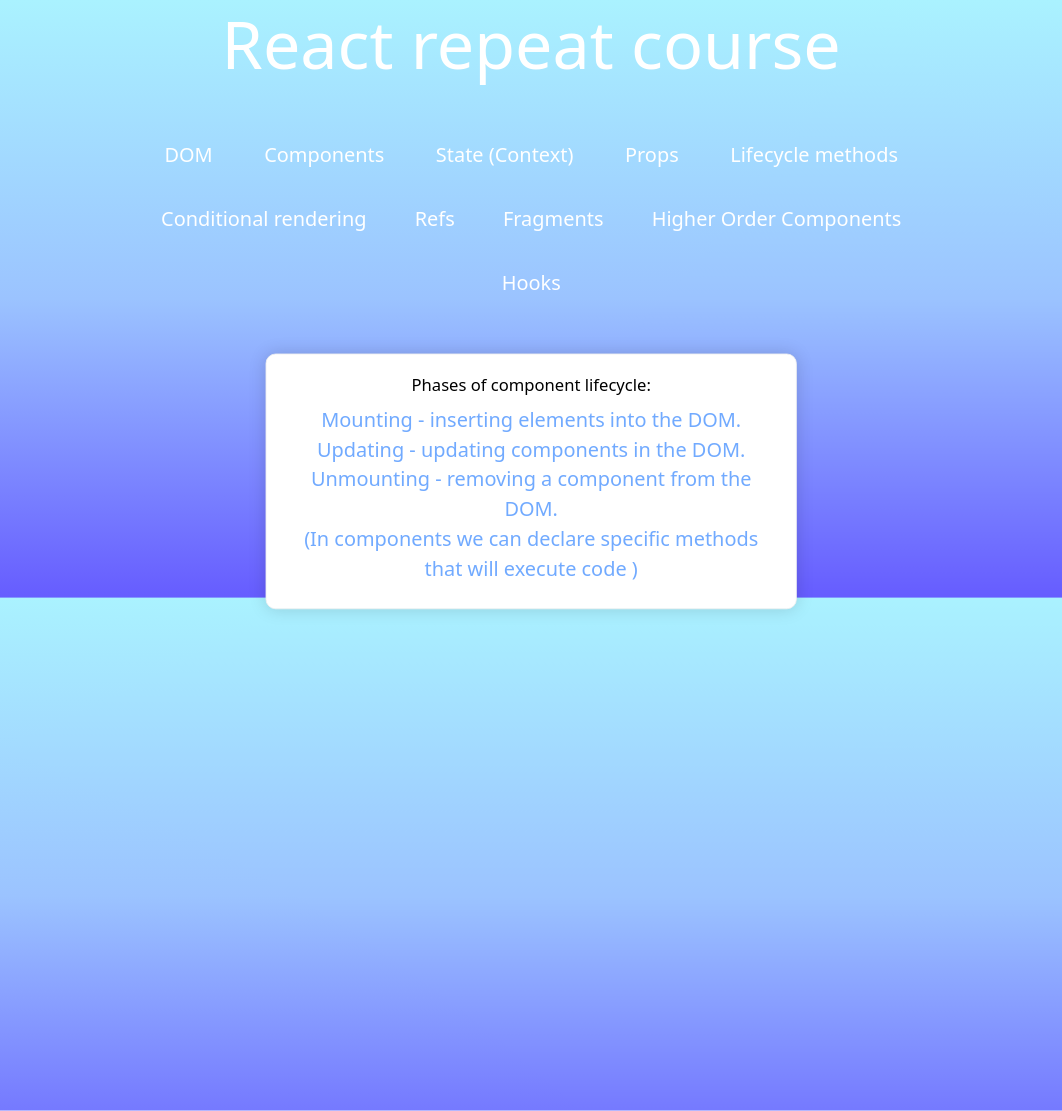
Repository: michalgornicki/github
Page: /#/Lifecycle
An editor plug-in stored every save of this project. The page is shown before and after the next save, followed by the edit.
The browser window is 1280 px wide. The pictures show the whole page, at 83% of full size.
Backgrounds fixed to the window are drawn as part of the page. The project was rebuilt for these pictures with package versions that can differ from the ones it lists, and the page was loaded fresh each time. Also part of the build but not shown: src/components/dom.jsx, src/components/components.jsx, src/components/state.jsx, src/components/props.jsx, src/components/conditional.jsx, src/components/refs.jsx, src/components/fragments.jsx, src/components/hoc.jsx and 1 more.

Above is the page before, as saved 2022-02-07 13:08:14.

### src/App.jsx
import React from "react";
import "./App.css";
import "bootstrap/dist/css/bootstrap.min.css";
import { Route, HashRouter as Router, Routes, Link } from "react-router-dom";
import DOM from "./components/dom.jsx";
import Components from "./components/components.jsx";
import State from "./components/state.jsx";
import Props from "./components/props.jsx";
import Lifecycle from "./components/lifecycle.jsx";
import Conditional from "./components/conditional.jsx";
import Refs from "./components/refs.jsx";
import Fragments from "./components/fragments.jsx";
import HOC from "./components/hoc.jsx";
import Hooks from "./components/hooks.jsx";

const App = () => {
  return (
    <Router>
      <div className="text-center">
        <div className="display-1 mt-1 mb-5 text-white">React repeat course</div>

        <div className="h4 d-flex w-75 m-auto my-5 justify-content-evenly flex-wrap text-white">
          <Link className="link-style m-3" to="/">
            DOM
          </Link>
          <Link className="link-style m-3" to="/Components">
            Components
          </Link>
          <Link className="link-style m-3" to="/State">
            State (Context)
          </Link>
          <Link className="link-style m-3" to="/Props">
            Props
          </Link>
          <Link className="link-style m-3" to="/Lifecycle">
            Lifecycle methods
          </Link>
          <Link className="link-style m-3" to="/Conditional">
            Conditional rendering
          </Link>
          <Link className="link-style m-3" to="/Refs">
            Refs
          </Link>
          <Link className="link-style m-3" to="/Fragments">
            Fragments
          </Link>
          <Link className="link-style m-3" to="/HOC">
            Higher Order Components
          </Link>
          <Link className="link-style m-3" to="/Hooks">
            Hooks
          </Link>
        </div>

        <Routes>
          <Route path="/" element={<DOM />} />
          <Route path="/Components" element={<Components />} />
          <Route path="/State" element={<State />} />
          <Route path="/Props" element={<Props />} />
          <Route path="/Lifecycle" element={<Lifecycle />} />
          <Route path="/Conditional" element={<Conditional />} />
          <Route path="/Refs" element={<Refs />} />
          <Route path="/Fragments" element={<Fragments />} />
          <Route path="/HOC" element={<HOC />} />
          <Route path="/Hooks" element={<Hooks />} />
        </Routes>
      </div>
    </Router>
  );
};

export default App;

### src/App.css
@import url('https://fonts.googleapis.com/css2?family=Catamaran:wght@400&display=swap');

body{
    font-family: 'Catamaran', sans-serif;
    overflow-x: hidden;
    padding-bottom: 80vh;
    height: auto;
    background: linear-gradient(rgb(170, 242, 255), rgb(155, 195, 255), rgb(102, 92, 255));
    background-attachment: fixed;
}

.js-item{
    color:rgb(0, 0, 0);
    font-size: 1.25rem;
    background-color: white;
    transition: 0.2s;
    padding: 3vh;
    margin-bottom: 4vh!important;
    border: 1px solid rgb(240, 240, 240);
    width: 50%;
    margin-left: auto;
    margin-right: auto;
    box-shadow: 0px 0px 20px rgba(0, 0, 0, 0.15);
    border-radius: 0.75rem;
}

.js-item:hover{
    cursor: pointer;
    background-color: rgb(240, 240, 240);
}

.text-color{
    margin: auto;
    padding: 0.5rem;
    width: fit-content;
    color:rgb(113, 170, 255)!important;
    font-size: 1.5rem;
    border-radius: 1rem;
}

.link-style{
    color: inherit;
    text-decoration: inherit;
    padding: 0.5rem;
    border-radius: 0.5rem;
}

.link-style:hover{
    color: rgb(113, 170, 255);
    text-decoration: inherit;
}

@media only screen and (max-device-width: 600px), (max-width: 600px) {

    .js-item{
        width: 95%;
    }

}

### src/components/lifecycle.jsx
const Lifecycle = () => {
  return (
    <div className="">
      <div className="js-item">
        {" "}
        <div className="">Phases of component lifecycle: </div>
        <div className="text-color">
          {`Mounting - inserting elements into the DOM.`} <br />
          {`Updating - updating components in the DOM.`} <br />
          {`Unmounting - removing a component from the DOM.`}{" "} <br />
          (In components we can declare specific methods that will execute code )
        </div>{" "}

      </div>
    </div>
  );
};

export default Lifecycle;

Loaded but not shown: public/index.html (common file); src/index.js (common file); src/index.css (common file); src/reportWebVitals.js (common file)

After the next save:
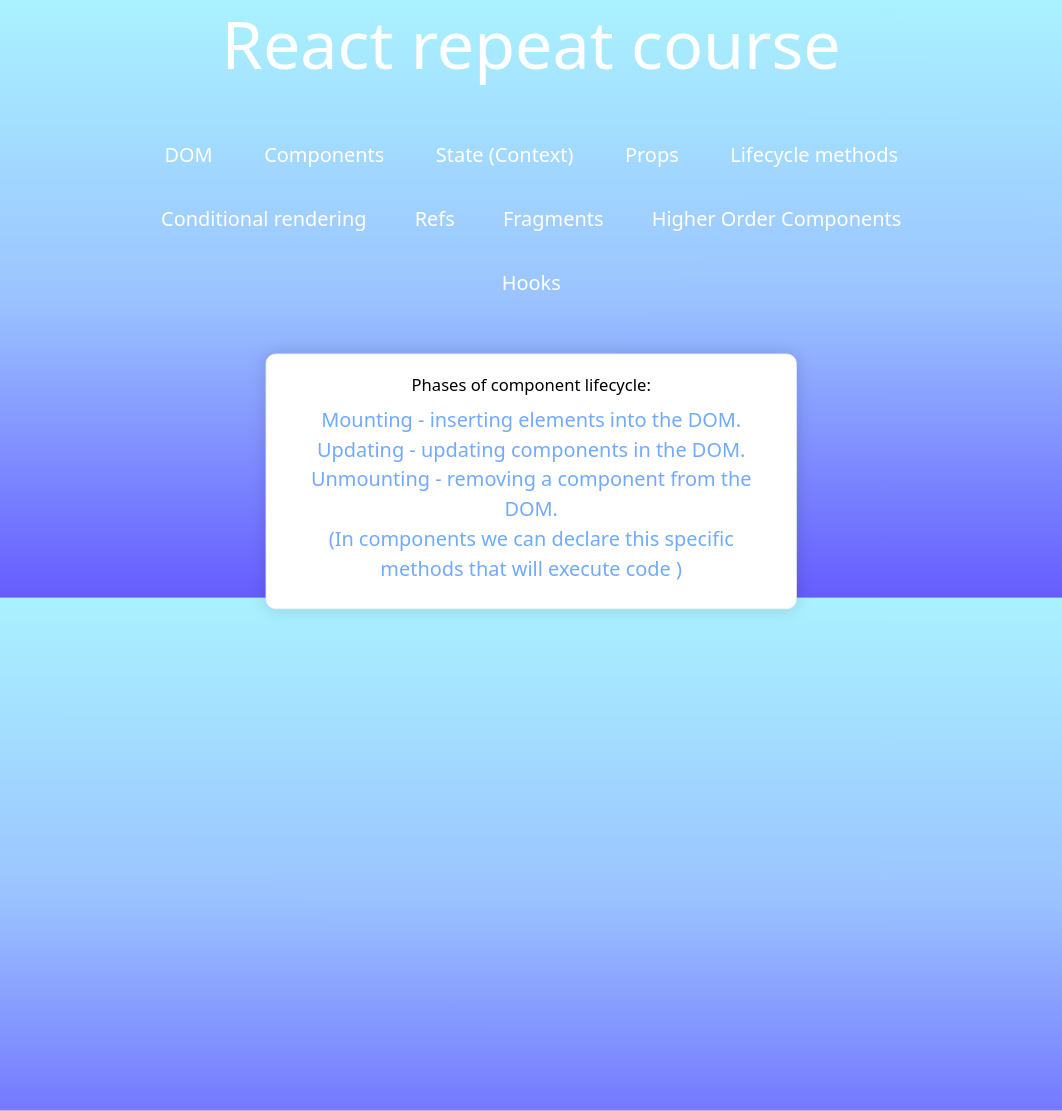
Saved 11 s later.
--- a/src/components/lifecycle.jsx
+++ b/src/components/lifecycle.jsx
@@ -8,7 +8,7 @@
           {`Mounting - inserting elements into the DOM.`} <br />
           {`Updating - updating components in the DOM.`} <br />
           {`Unmounting - removing a component from the DOM.`}{" "} <br />
-          (In components we can declare specific methods that will execute code )
+          (In components we can declare this specific methods that will execute code )
         </div>{" "}
 
       </div>
